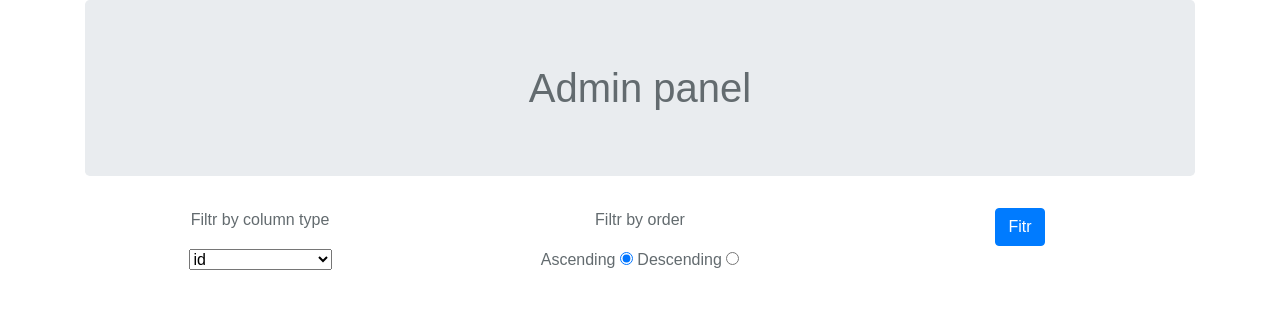
Repository: WOLVGVNG/gameclan
Page: resources/views/admin_panel.blade.php
The author's editor kept a copy of each file at every save. The page is drawn from the files as they stood at one save, then again after the next save.
The browser window is 1280 px wide. The pictures show the whole page.
The page is served by the project's Laravel application, run on PHP 8.4 with Laravel 8. Other server files are loaded and not shown. The template is opened directly, without the code that normally fills it, so the values that code supplies are empty.

Above is the page before, as saved 2019-03-19 17:24:42.

### routes/web.php
<?php

/*
|--------------------------------------------------------------------------
| Web Routes
|--------------------------------------------------------------------------
|
| Here is where you can register web routes for your application. These
| routes are loaded by the RouteServiceProvider within a group which
| contains the "web" middleware group. Now create something great!
|
*/

Route::get('/', 'AdminPanelController@index');

### resources/views/admin_panel.blade.php
@extends('layout.app')
@section('content')
<div class='container text-center'>
    <h1 class='jumbotron'>Admin panel</h1>
    <form action='/' method='GET'>
        <div class='row'>
            <div class='col'>
                <p>Filtr by column type</p>
                <select name='filtr_type'>
                    <option>id</option>
                    <option>user_name</option>
                    <option>email</option>
                    <option>active</option>
                    <option>banned</option>
                    <option>notifiable_email</option>
                    <option>email_verified_at</option>
                    <option>remember_token</option>
                    <option>avatar</option>
                    <option>points</option>
                    <option>steam_id</option>
                    <option>facebook_id</option>
                    <option>google_id</option>
                    <option>geo</option>
                    <option>lang</option>
                    <option>ref</option>
                    <option>ref_status</option>
                    <option>ref_code</option>
                    <option>deleted_at</option>
                    <option>created_at</option>
                    <option>updated_at</option>
                </select>
            </div>
            <div class='col'>
                <p>Filtr by order</p>
                <label for='asc'>Ascending</label>
                <input type='radio' name='filtr_order' value='asc' id='asc' checked>
                <label for='desc'>Descending</label>
                <input type='radio' name='filtr_order' value='desc' id='desc'>
            </div>
            <div class='col'>
                <button type='submit' class='btn btn-primary'>Fitr</button>
            </div>
        </div>
    </form>
    @foreach($users as $user)
        <div class='row'>
            <div class='user-part-div col'>
                <p class='font-weight-bold'>id</p>
                <p>{{$user->id}}</p>
            </div>
            <div class='user-part-div col'>
                <p class='font-weight-bold'>user_name</p>
                <p>{{$user->user_name}}</p>
            </div>
            <div class='user-part-div col'>
                <p class='font-weight-bold'>email</p>
                <p>{{$user->email}}</p>
            </div>
            @if($user->active === 1)
                <div class='user-part-div col d-flex align-items-center'>
                    <p class='font-weight-bold'>active</p>
                </div>
            @endif
            @if($user->banned === 1)
            <div class='user-part-div col d-flex align-items-center'>
                <p class='font-weight-bold'>banned</p>
            </div>
            @endif
            @if(isset($user->email_verified_at))
                <div class='user-part-div col'>
                    <p class='font-weight-bold'>email_verified_at</p>
                    <p>{{$user->email_verified_at}}</p>
                </div>
            @endif
            @if(isset($user->email_verified_at))
                <div class='user-part-div col'>
                    <p class='font-weight-bold'>remember_token</p>
                    <p>{{$user->remember_token}}</p>
                </div>
            @endif
            <div class='user-part-div col'>
                <p class='font-weight-bold'>avatar</p>
                <p>{{$user->avatar}}</p>
            </div>
            <div class='user-part-div col'>
                <p class='font-weight-bold'>points</p>
                <p>{{$user->points}}</p>
            </div>
            @if(isset($user->steam_id))
                <div class='user-part-div col'>
                    <p class='font-weight-bold'>steam_id</p>
                    <p>{{$user->steam_id}}</p>
                </div>
            @endif
            @if(isset($user->facebook_id))
                <div class='user-part-div col'>
                    <p class='font-weight-bold'>facebook_id</p>
                    <p>{{$user->facebook_id}}</p>
                </div>
            @endif
            @if(isset($user->google_id))
                <div class='user-part-div col'>
                    <p class='font-weight-bold'>google_id</p>
                    <p>{{$user->google_id}}</p>
                </div>
            @endif
            <div class='user-part-div col'>
                <p class='font-weight-bold'>geo</p>
                <p>{{$user->geo}}</p>
            </div>
            <div class='user-part-div col'>
                <p class='font-weight-bold'>lang</p>
                <p>{{$user->lang}}</p>
            </div>
            @if(isset($user->ref))
                <div class='user-part-div col'>
                    <p class='font-weight-bold'>ref</p>
                    <p>{{$user->ref}}</p>
                </div>
            @endif
            @if(isset($user->ref_status))
                <div class='user-part-div col'>
                    <p class='font-weight-bold'>ref_status</p>
                    <p>{{$user->ref_status}}</p>
                </div>
            @endif
            <div class='user-part-div col'>
                <p class='font-weight-bold'>ref_code</p>
                <p>{{$user->ref_code}}</p>
            </div>
            @if(isset($user->deleted_at))
                <div class='user-part-div col'>
                    <p class='font-weight-bold'>deleted_at</p>
                    <p>{{$user->deleted_at}}</p>
                </div>
            @endif
            <div class='user-part-div col'>
                <p class='font-weight-bold'>created_at</p>
                <p>{{$user->created_at}}</p>
            </div>
            @if(isset($user->updated_at))
                <div class='user-part-div col'>
                    <p class='font-weight-bold'>updated_at</p>
                    <p>{{$user->updated_at}}</p>
                </div>
            @endif
        </div>
    @endforeach
</div>
@endsection

### resources/views/layout/app.blade.php
<!doctype html>
<html lang="{{ str_replace('_', '-', app()->getLocale()) }}">
    <head>
        <meta charset="utf-8">
        <meta name="viewport" content="width=device-width, initial-scale=1">

        <title>Laravel</title>

        <link rel="stylesheet" href="https://stackpath.bootstrapcdn.com/bootstrap/4.3.1/css/bootstrap.min.css" integrity="sha384-ggOyR0iXCbMQv3Xipma34MD+dH/1fQ784/j6cY/iJTQUOhcWr7x9JvoRxT2MZw1T" crossorigin="anonymous">

        <style>
            html, body {
                background-color: #fff;
                color: #636b6f;
                font-family: 'Nunito', sans-serif;
                font-weight: 200;
                height: 100vh;
                margin: 0;
            }

            .user-part-div {
                border: 3px solid gray;
            }
        </style>
    </head>
    <body>
        @yield('content')

    </body>
</html>

After the next save:
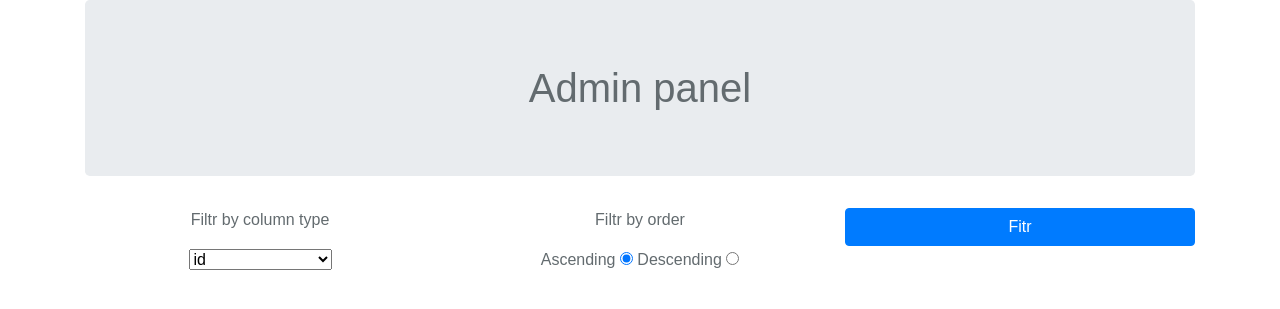
Saved 8 s later.
--- a/resources/views/admin_panel.blade.php
+++ b/resources/views/admin_panel.blade.php
@@ -38,7 +38,7 @@
                 <input type='radio' name='filtr_order' value='desc' id='desc'>
             </div>
             <div class='col'>
-                <button type='submit' class='btn btn-primary'>Fitr</button>
+                <button type='submit' class='btn btn-block btn-primary'>Fitr</button>
             </div>
         </div>
     </form>
